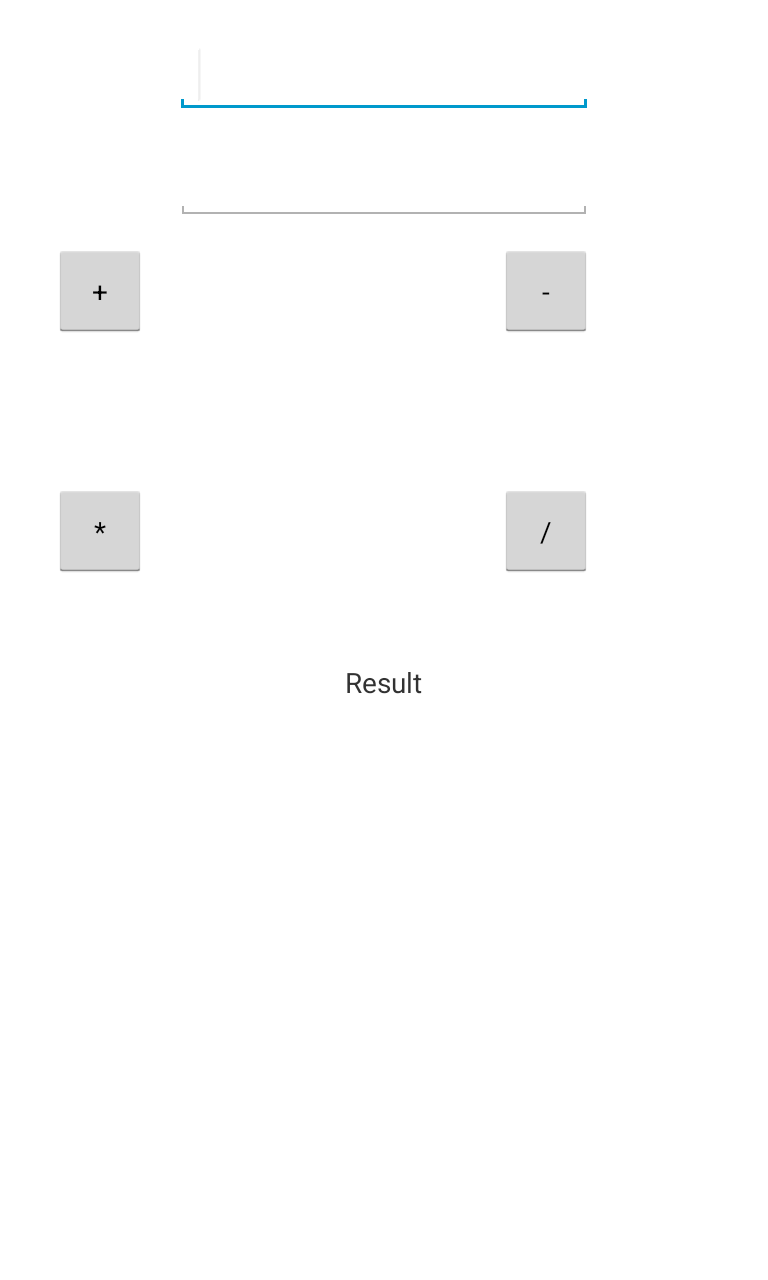
Repository: ujwalp15/Workshop_Apps
Layout: Pandora/Calc/res/layout/activity_main.xml
These files come from the project's save history. The layout is drawn as it stood at one moment and after the next save; the edit follows.
It is drawn on a 768 x 1280 px phone screen (xhdpi) without system bars, with theme AppTheme; the app's code is not run.

Above is the layout before, as saved 2016-02-18 09:52:18.

After the next save:
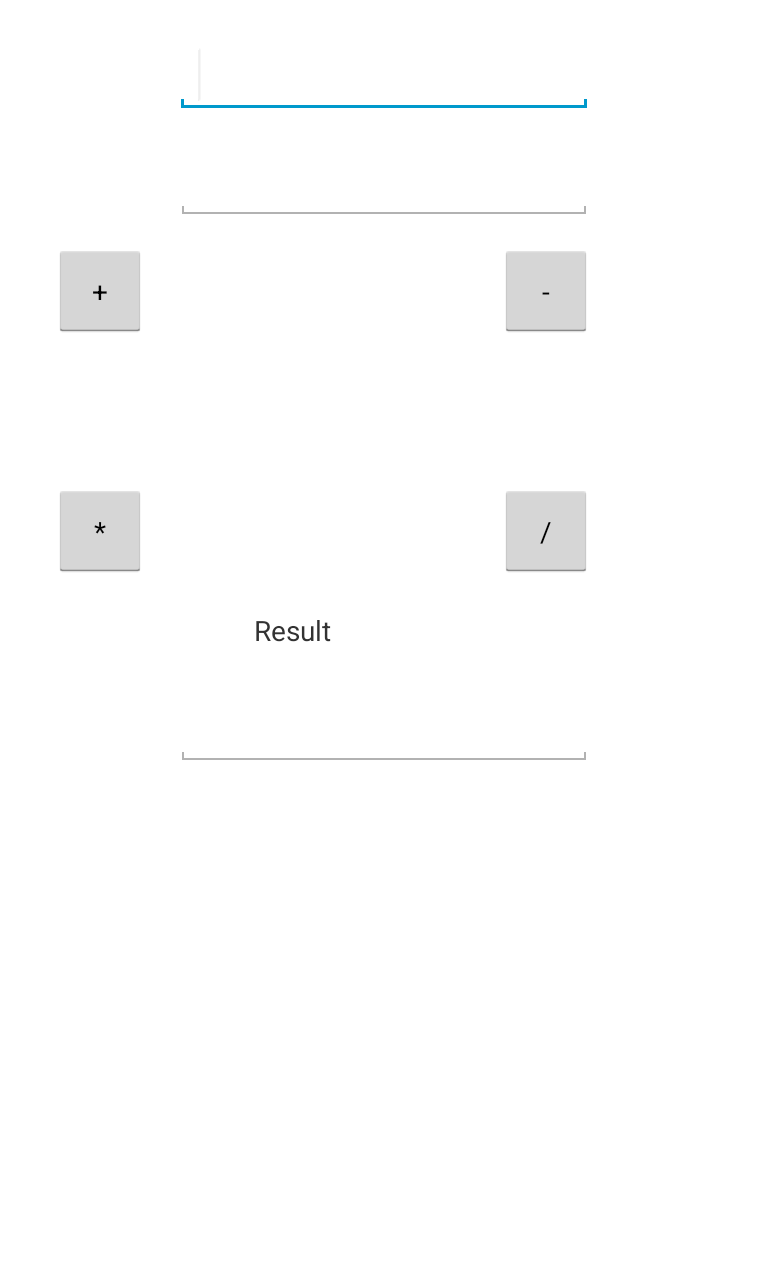
Saved 88 s later.
--- a/Pandora/Calc/res/layout/activity_main.xml
+++ b/Pandora/Calc/res/layout/activity_main.xml
@@ -57,15 +57,6 @@
         android:ems="10"
         android:inputType="numberDecimal" />
 
-    <TextView
-        android:id="@+id/textView1"
-        android:layout_width="wrap_content"
-        android:layout_height="wrap_content"
-        android:layout_below="@+id/button3"
-        android:layout_centerHorizontal="true"
-        android:layout_marginTop="42dp"
-        android:text="Result" />
-
     <Button
         android:id="@+id/button4"
         style="?android:attr/buttonStyleSmall"
@@ -76,4 +67,24 @@
         android:layout_alignLeft="@+id/button2"
         android:text="/" />
 
+    <TextView
+        android:id="@+id/textView1"
+        android:layout_width="wrap_content"
+        android:layout_height="wrap_content"
+        android:layout_below="@+id/button3"
+        android:layout_marginLeft="53dp"
+        android:layout_marginTop="16dp"
+        android:layout_toRightOf="@+id/button3"
+        android:text="Result" />
+
+    <EditText
+        android:id="@+id/editText3"
+        android:layout_width="wrap_content"
+        android:layout_height="wrap_content"
+        android:layout_below="@+id/textView1"
+        android:layout_centerHorizontal="true"
+        android:layout_marginTop="20dp"
+        android:ems="10"
+        android:inputType="numberDecimal" />
+
 </RelativeLayout>
